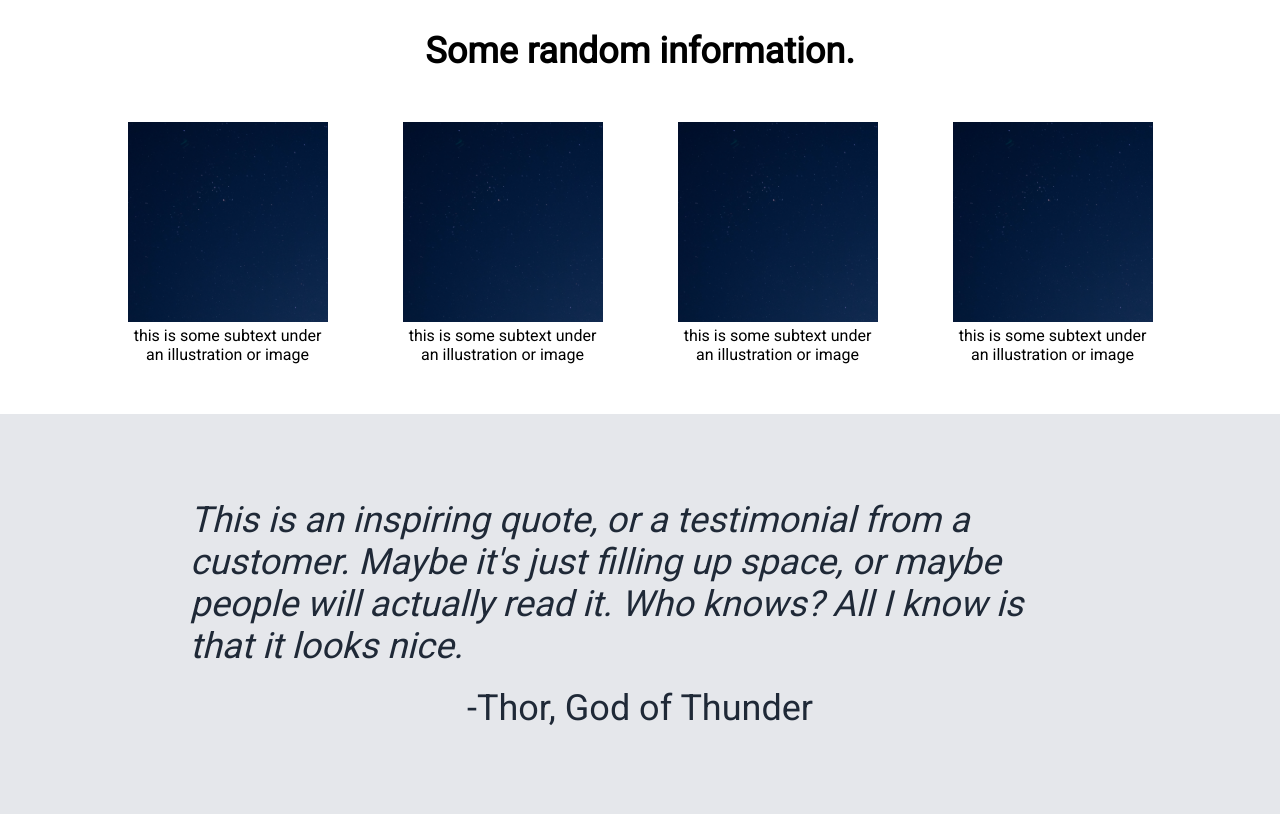
Repository: aaronestre/odin-landingpage
Page: index.html
These files come from the project's save history. The page is drawn as it stood at one moment and after the next save; the edit follows.
The browser window is 1280 px wide. The pictures show the part of the page from y = 570 to 1384 px (the page is 1384 px tall).
A picture or video elsewhere on the page could not be fetched, so the positions and the page height are approximate.

Above is the page before, as saved 2025-02-12 20:25:27.

After the next save:
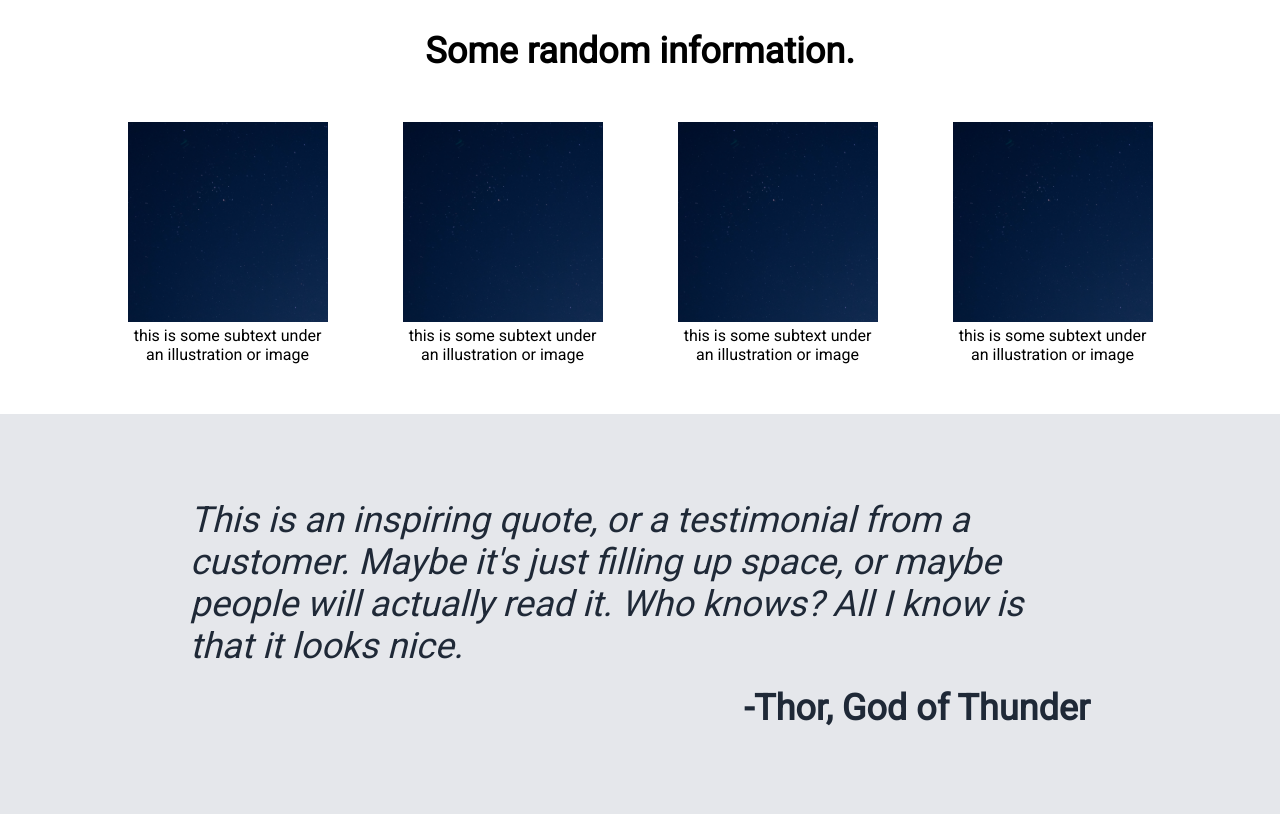
Saved 14 s later.
--- a/index.css
+++ b/index.css
@@ -115,3 +115,9 @@
     margin-bottom: 20px;
     width: 900px;
 }
+
+.quote-author {
+    font-weight: bold;
+    width: 900px;
+    text-align: right;
+}
